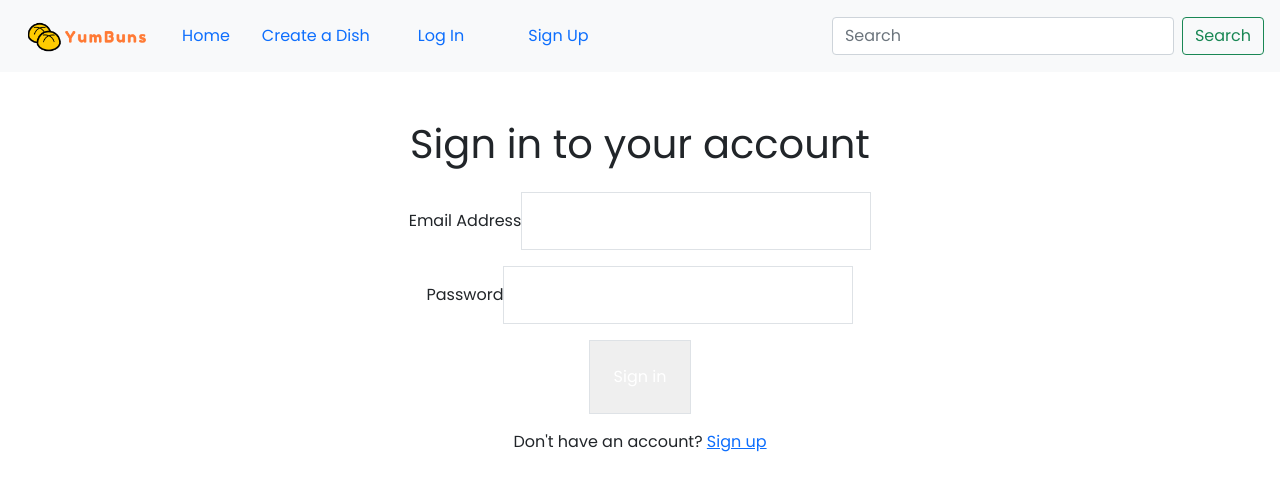
Repository: mottad14/yumBuns
Page: /login (app in client/)
These files come from the project's save history. The page is drawn as it stood at one moment and after the next save; the edit follows.
The browser window is 1280 px wide. The pictures show the whole page.
Some web fonts or font styles are not loaded; a fallback is used. The project was rebuilt for these pictures with package versions that can differ from the ones it lists, and the page was loaded fresh each time. Also part of the build but not shown: client/src/components/RecipePreview.js, client/src/views/Main.js, client/src/views/Create.js, client/src/views/Recipe.js, client/src/components/SubscribePop.css, client/src/components/SignUp.jsx, client/src/components/SubscribePop.js.

Above is the page before, as saved 2022-07-29 11:10:06.

After the next save:
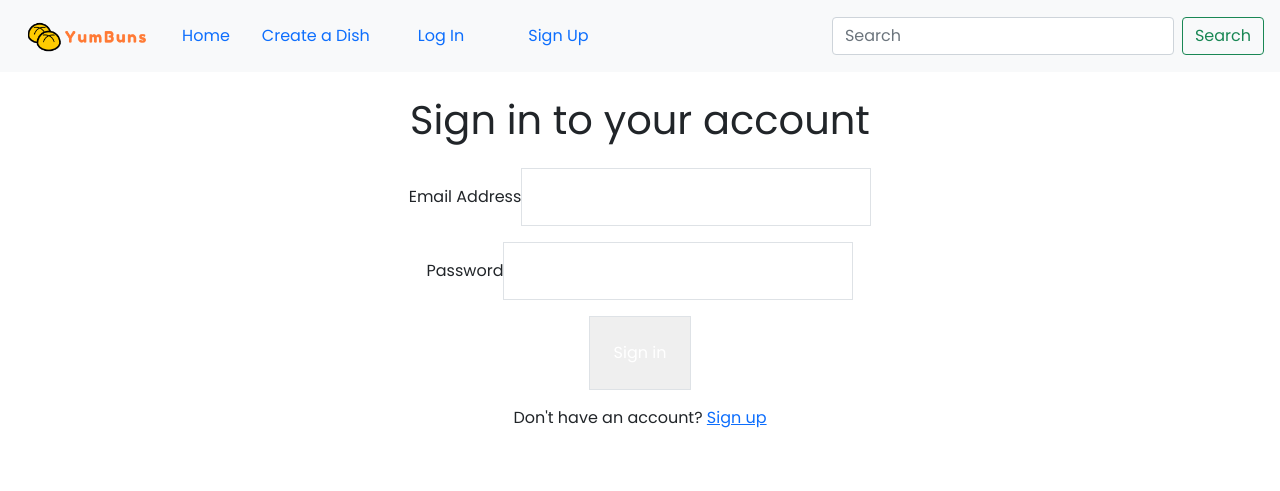
Saved 22 s later.
--- a/client/src/views/Login.js
+++ b/client/src/views/Login.js
@@ -24,7 +24,7 @@ const Signin = () => {
 
   return (
     <div>
-      <div className='max-w-[700px] mx-auto my-16 p-4 '>
+      <div className='text-center mb-4'>
 
           <div>
               <h1 className='text-2xl font-bold py-2'>Sign in to your account</h1>
